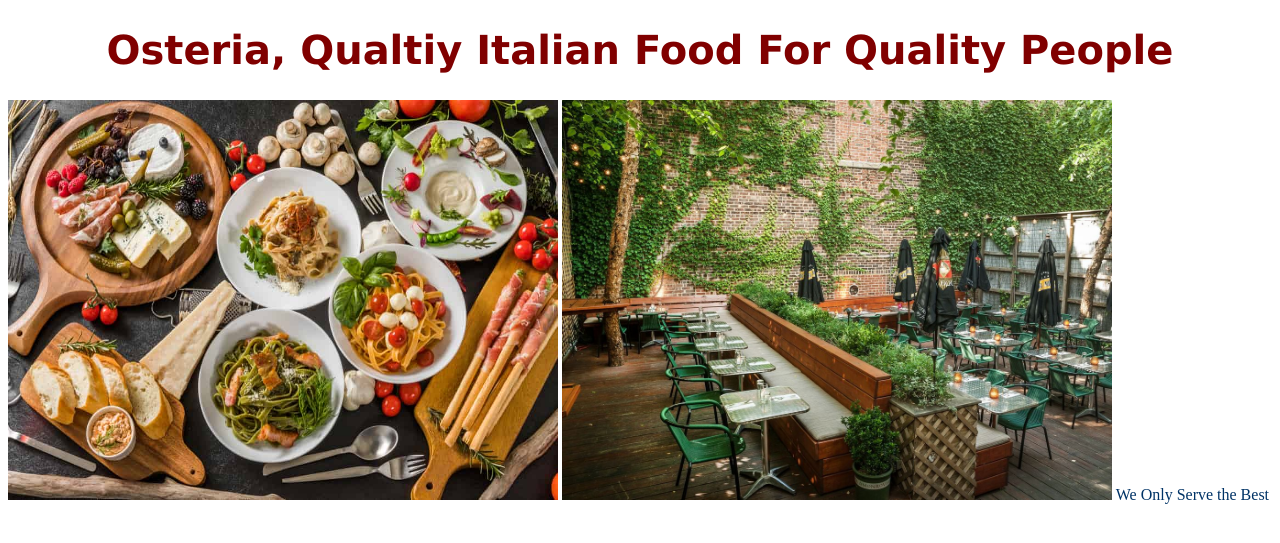
Repository: bala2672/bala2672.github.io
Page: 214/Website/menu.html
The author's editor kept a record of every edit. The page is drawn from the files as they stood at one moment, then again after the next edit.
The browser window is 1280 px wide. The pictures show the whole page.

Above is the page before.

After the next edit:
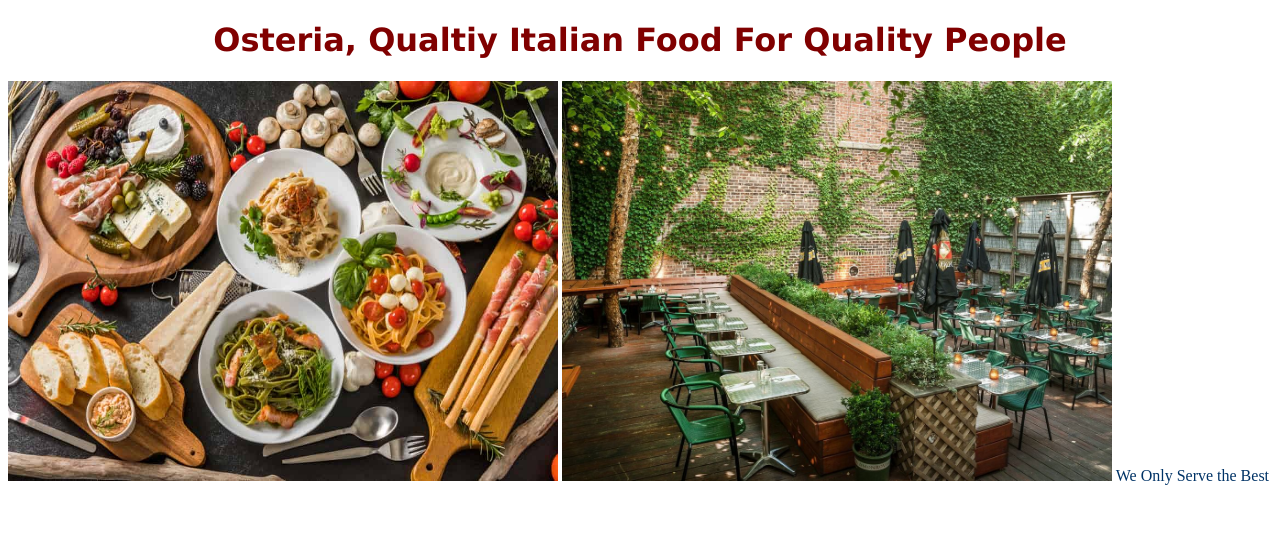
The edit:
--- a/214/Website/web.css
+++ b/214/Website/web.css
@@ -6,7 +6,7 @@
     h1  {
         font-family: "Verdana";
  	 color: #800000;
- 	   font-size: 2.5em;
+ 	   font-size: 2.0em;
  	   text-align: center;
    }
 
